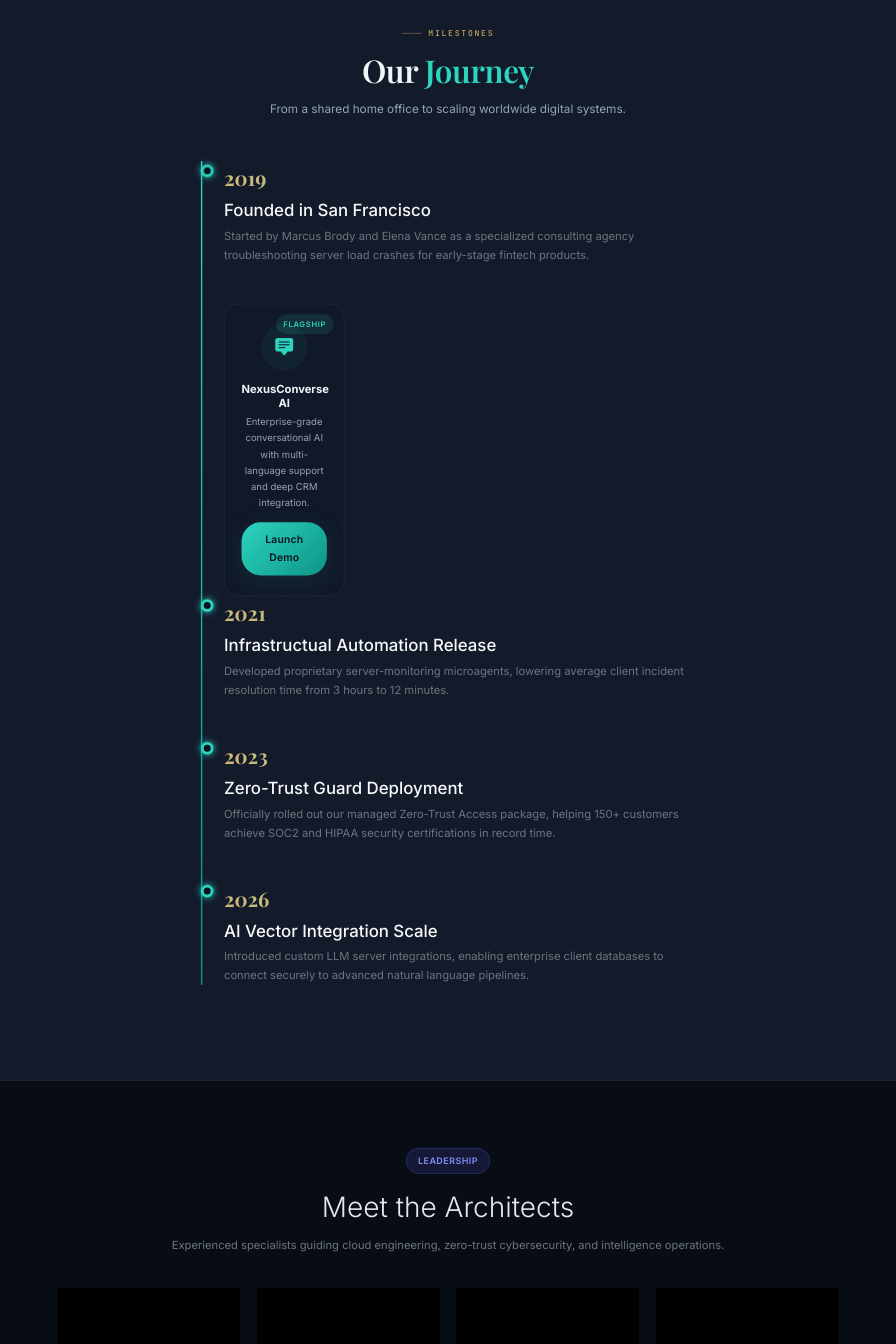
Repository: ruzni-dev/project-showcase
Page: pages/52-IT-Solutions-Website/pages/about.html
The author's editor kept a copy of each file at every save. The page is drawn from the files as they stood at one save, then again after the next save.
The browser window is 1280 px wide. The pictures show the part of the page from y = 810 to 2730 px (the page is 3636 px tall before and 3655 px after), at 70% of full size.
Some web fonts or font styles are not loaded; a fallback is used.

Above is the page before, as saved 2026-05-24 22:11:31.

### pages/52-IT-Solutions-Website/pages/about.html
<!DOCTYPE html>
<html lang="en">
<head>
    <meta charset="UTF-8">
    <meta name="viewport" content="width=device-width, initial-scale=1.0">
    <title>NexusForge AI — Premium IT Solutions & Intelligent Automation</title>
    <link rel="icon" type="image/svg+xml" href="../assets/images/favicon.svg">
    <link rel="apple-touch-icon" href="../assets/images/favicon.svg">

    <!-- Bootstrap 5.3 CSS -->
    <link href="https://cdn.jsdelivr.net/npm/bootstrap@5.3.2/dist/css/bootstrap.min.css" rel="stylesheet">
    <!-- Bootstrap Icons -->
    <link href="https://cdn.jsdelivr.net/npm/bootstrap-icons@1.11.3/font/bootstrap-icons.css" rel="stylesheet">
    <!-- Google Fonts: Premium Typography -->
    <link href="https://fonts.googleapis.com/css2?family=Inter:wght@300;400;500;600;700;800;900&family=Playfair+Display:ital,wght@0,500;0,600;0,700;1,500&family=JetBrains+Mono:wght@400;500;600&display=swap" rel="stylesheet">
    <!-- AOS Animation -->
    <link href="https://unpkg.com/aos@2.3.1/dist/aos.css" rel="stylesheet">
    <!-- Custom Theme CSS -->
    <link href="../assets/css/style.css" rel="stylesheet">
</head>
<body>

    <!-- ==================== NAVBAR ==================== -->
    <nav class="navbar navbar-expand-lg fixed-top" id="mainNav">
        <div class="container">
            <a class="navbar-brand" href="../index.html">
                <div class="brand-mark"><i class="bi bi-cpu-fill"></i></div>
                <span>NexusForge AI</span>
            </a>
            <button class="navbar-toggler" type="button" data-bs-toggle="collapse" data-bs-target="#navContent">
                <span class="navbar-toggler-icon"></span>
            </button>
            <div class="collapse navbar-collapse" id="navContent">
                <ul class="navbar-nav mx-auto mb-2 mb-lg-0 gap-1">
                    <li class="nav-item"><a class="nav-link" href="../index.html" data-page="home">Home</a></li>
                    <li class="nav-item"><a class="nav-link active" href="about.html#about" data-page="about">About</a></li>
                    <li class="nav-item"><a class="nav-link" href="services.html" data-page="services">Services</a></li>
                    <li class="nav-item"><a class="nav-link" href="portfolio.html" data-page="portfolio">Portfolio</a></li>
                    <li class="nav-item"><a class="nav-link" href="ai-solutions.html" data-page="ai-solutions">AI Solutions</a></li>
                    <li class="nav-item"><a class="nav-link" href="contact.html" data-page="contact">Contact</a></li>
                </ul>
                <a href="#contact" class="btn-nav">Start a Project <i class="bi bi-arrow-right ms-1"></i></a>
            </div>
        </div>
    </nav>

    <!-- ==================== PAGE 2: ABOUT ==================== -->
    <section class="page-section dark-page" id="about">
        <div class="container">
            <div class="row align-items-center g-5">
                <div class="col-lg-5" data-aos="fade-right" data-aos-duration="900">
                    <span class="section-eyebrow">Our Story</span>
                    <h2 class="section-title">A decade of <span class="accent">excellence</span> in technology consulting</h2>
                    <p class="section-subtitle">
                        Founded in 2014 by a team of MIT and Stanford engineers, NexusForge AI has grown from a boutique consultancy into a global technology partner. We combine deep technical expertise with strategic vision to solve the most complex challenges.
                    </p>
                    <div class="d-flex gap-4 mt-4 flex-wrap">
                        <div><strong style="font-size:1.6rem;color:#f1f5f9;">280+</strong><br><small style="color:var(--slate-500);">Engineers & Data Scientists</small></div>
                        <div><strong style="font-size:1.6rem;color:#f1f5f9;">12</strong><br><small style="color:var(--slate-500);">Global Offices</small></div>
                        <div><strong style="font-size:1.6rem;color:#f1f5f9;">40+</strong><br><small style="color:var(--slate-500);">Countries Served</small></div>
                    </div>
                </div>
                <div class="col-lg-7" data-aos="fade-left" data-aos-duration="1000">
                    <div class="row g-3">
                        <div class="col-6">
                            <div style="background:var(--bg-card);border:1px solid var(--border-subtle);border-radius:var(--radius-md);padding:20px;text-align:center;">
                                <i class="bi bi-trophy-fill" style="font-size:2rem;color:var(--gold);"></i>
                                <h6 class="mt-2" style="color:#f1f5f9;">Forbes Tech Council</h6>
                                <small style="color:var(--slate-500);">Member since 2019</small>
                            </div>
                        </div>
                        <div class="col-6">
                            <div style="background:var(--bg-card);border:1px solid var(--border-subtle);border-radius:var(--radius-md);padding:20px;text-align:center;">
                                <i class="bi bi-shield-check-fill" style="font-size:2rem;color:var(--teal);"></i>
                                <h6 class="mt-2" style="color:#f1f5f9;">ISO 27001 Certified</h6>
                                <small style="color:var(--slate-500);">Security Excellence</small>
                            </div>
                        </div>
                        <div class="col-6">
                            <div style="background:var(--bg-card);border:1px solid var(--border-subtle);border-radius:var(--radius-md);padding:20px;text-align:center;">
                                <i class="bi bi-award-fill" style="font-size:2rem;color:var(--gold-light);"></i>
                                <h6 class="mt-2" style="color:#f1f5f9;">Gartner Recognized</h6>
                                <small style="color:var(--slate-500);">AI Consultancy Leader</small>
                            </div>
                        </div>
                        <div class="col-6">
                            <div style="background:var(--bg-card);border:1px solid var(--border-subtle);border-radius:var(--radius-md);padding:20px;text-align:center;">
                                <i class="bi bi-globe2" style="font-size:2rem;color:var(--teal);"></i>
                                <h6 class="mt-2" style="color:#f1f5f9;">Global Delivery</h6>
                                <small style="color:var(--slate-500);">24/7 Operations</small>
                            </div>
                        </div>
                    </div>
                </div>
            </div>
        </div>
    </section>

    <!-- Company History Timeline -->
    <section class="page-section elevated-page" id="about">
        <div class="container" id="history">
            <div class="section-header-centered" data-aos="fade-up">
                <span class="section-eyebrow">Milestones</span>
                <h2 class="section-title">Our <span class="accent-teal">Journey</span></h2>
                <p class="section-subtitle">From a shared home office to scaling worldwide digital systems.</p>
            </div>
            <div class="row justify-content-center mt-5">
                <div class="col-lg-8">
                    <div class="timeline">
                        <div class="timeline-item" data-aos="zoom-in" data-aos-delay="0">
                            <div class="timeline-dot"></div>
                            <div class="timeline-year">2019</div>
                            <h4 class="text-light">Founded in San Francisco</h4>
                            <p class="text-secondary">
                                Started by Marcus Brody and Elena Vance as a specialized consulting agency troubleshooting server load crashes for early-stage fintech products.
                            </p>
                        </div>
                        <div class="col-md-6 col-lg-3" >
                            <div class="ai-tool-card-premium">
                                <span class="tool-badge">Flagship</span>
                                <div class="ai-tool-icon"><i class="bi bi-chat-square-text-fill"></i></div>
                                <h5>NexusConverse AI</h5>
                                <p>Enterprise-grade conversational AI with multi-language support and deep CRM integration.</p>
                                <button class="btn-teal btn-sm mt-3" onclick="openChatDemo()">Launch Demo</button>
                            </div>
                        </div>

                        <div class="timeline-item">
                            <div class="timeline-dot"></div>
                            <div class="timeline-year">2021</div>
                            <h4 class="text-light">Infrastructual Automation Release</h4>
                            <p class="text-secondary">
                                Developed proprietary server-monitoring microagents, lowering average client incident resolution time from 3 hours to 12 minutes.
                            </p>
                        </div>

                        <div class="timeline-item">
                            <div class="timeline-dot"></div>
                            <div class="timeline-year">2023</div>
                            <h4 class="text-light">Zero-Trust Guard Deployment</h4>
                            <p class="text-secondary">
                                Officially rolled out our managed Zero-Trust Access package, helping 150+ customers achieve SOC2 and HIPAA security certifications in record time.
                            </p>
                        </div>

                        <div class="timeline-item">
                            <div class="timeline-dot"></div>
                            <div class="timeline-year">2026</div>
                            <h4 class="text-light">AI Vector Integration Scale</h4>
                            <p class="text-secondary">
                                Introduced custom LLM server integrations, enabling enterprise client databases to connect securely to advanced natural language pipelines.
                            </p>
                        </div>

                    </div>
                </div>
            </div>
        </div>
    </section>

    <!-- Team Grid Section -->
    <section class="py-5 my-5" id="team">
        <div class="container">
            <div class="section-header text-center max-width-600 mx-auto">
                <div class="tech-badge">Leadership</div>
                <h2 class="display-6">Meet the <span class="gradient-text">Architects</span></h2>
                <p class="text-secondary mt-3">Experienced specialists guiding cloud engineering, zero-trust cybersecurity, and intelligence operations.</p>
            </div>
            <div class="row g-4 mt-4">
                <!-- Member 1 -->
                <div class="col-xl-3 col-md-6">
                    <div class="team-card h-100">
                        <div class="team-img-wrapper text-center bg-black bg-opacity-30 d-flex align-items-center justify-content-center py-5">
                            <!-- Inline Premium Avatar Icon Graphic -->
                            <i class="bi bi-person-fill-gear text-info" style="font-size: 8rem;"></i>
                            <div class="team-socials">
                                <a href="#" class="team-social-link"><i class="bi bi-linkedin"></i></a>
                                <a href="#" class="team-social-link"><i class="bi bi-github"></i></a>
                                <a href="#" class="team-social-link"><i class="bi bi-twitter-x"></i></a>
                            </div>
                        </div>
                        <div class="p-4 text-center">
                            <h5 class="mb-1 text-light">Marcus Brody</h5>
                            <p class="text-info small mb-3">Co-Founder & CTO</p>
                            <p class="text-secondary small mb-0">Former staff systems architect at Stripe. Specializes in microservices, cloud recovery, and high-load databases.</p>
                        </div>
                    </div>
                </div>

                <!-- Member 2 -->
                <div class="col-xl-3 col-md-6">
                    <div class="team-card h-100">
                        <div class="team-img-wrapper text-center bg-black bg-opacity-30 d-flex align-items-center justify-content-center py-5">
                            <i class="bi bi-person-fill-up text-info" style="font-size: 8rem;"></i>
                            <div class="team-socials">
                                <a href="#" class="team-social-link"><i class="bi bi-linkedin"></i></a>
                                <a href="#" class="team-social-link"><i class="bi bi-twitter-x"></i></a>
                            </div>
                        </div>
                        <div class="p-4 text-center">
                            <h5 class="mb-1 text-light">Elena Vance</h5>
                            <p class="text-info small mb-3">Co-Founder & VP Product</p>
                            <p class="text-secondary small mb-0">Managed cloud infrastructure pipelines at AWS. Passionate about automating systems monitoring and client metrics.</p>
                        </div>
                    </div>
                </div>

                <!-- Member 3 -->
                <div class="col-xl-3 col-md-6">
                <div class="team-card h-100">
                    <div class="team-img-wrapper text-center bg-black bg-opacity-30 d-flex align-items-center justify-content-center py-5">
                    <i class="bi bi-person-fill-lock text-info" style="font-size: 8rem;"></i>
                    <div class="team-socials">
                        <a href="#" class="team-social-link"><i class="bi bi-linkedin"></i></a>
                        <a href="#" class="team-social-link"><i class="bi bi-github"></i></a>
                    </div>
                    </div>
                    <div class="p-4 text-center">
                    <h5 class="mb-1 text-light">Sarah Connor</h5>
                    <p class="text-info small mb-3">Director of Cyber Security</p>
                    <p class="text-secondary small mb-0">Ethical hacker with 10+ years auditing federal networks. Architect of NexusTech's Zero-Trust guard protocol.</p>
                    </div>
                </div>
                </div>

                <!-- Member 4 -->
                <div class="col-xl-3 col-md-6">
                <div class="team-card h-100">
                    <div class="team-img-wrapper text-center bg-black bg-opacity-30 d-flex align-items-center justify-content-center py-5">
                    <i class="bi bi-person-fill-check text-info" style="font-size: 8rem;"></i>
                    <div class="team-socials">
                        <a href="#" class="team-social-link"><i class="bi bi-linkedin"></i></a>
                        <a href="#" class="team-social-link"><i class="bi bi-github"></i></a>
                    </div>
                    </div>
                    <div class="p-4 text-center">
                    <h5 class="mb-1 text-light">Dr. Aris Thorne</h5>
                    <p class="text-info small mb-3">Lead AI Architect</p>
                    <p class="text-secondary small mb-0">PhD in Distributed Machine Learning. Specializes in LLM integrations, semantic searches, and vector database clustering.</p>
                    </div>
                </div>
                </div>

            </div>
        </div>
    </section>

    <!-- ==================== FOOTER ==================== -->
    <footer class="footer-premium">
        <div class="container">
            <div class="row g-4">
                <div class="col-lg-4 mb-3">
                    <a class="footer-brand" href="#home">NexusForge AI</a>
                    <p style="color:var(--slate-500);font-size:0.88rem;margin-top:8px;">Engineering the intelligent enterprise. Trusted by 500+ global clients since 2014.</p>
                </div>
                <div class="col-6 col-md-3 col-lg-2">
                    <h6 style="color:#f1f5f9;font-size:0.8rem;text-transform:uppercase;letter-spacing:1px;margin-bottom:14px;">Services</h6>
                    <ul class="footer-links">
                        <li><a href="#">Cloud Architecture</a></li>
                        <li><a href="#">Cybersecurity</a></li>
                        <li><a href="#">AI & ML</a></li>
                        <li><a href="#">DevOps</a></li>
                    </ul>
                </div>
                <div class="col-6 col-md-3 col-lg-2">
                    <h6 style="color:#f1f5f9;font-size:0.8rem;text-transform:uppercase;letter-spacing:1px;margin-bottom:14px;">Company</h6>
                    <ul class="footer-links">
                        <li><a href="#about">About</a></li>
                        <li><a href="#">Careers</a></li>
                        <li><a href="#">Insights</a></li>
                        <li><a href="#">Partners</a></li>
                    </ul>
                </div>
                <div class="col-6 col-md-3 col-lg-2">
                    <h6 style="color:#f1f5f9;font-size:0.8rem;text-transform:uppercase;letter-spacing:1px;margin-bottom:14px;">Resources</h6>
                    <ul class="footer-links">
                        <li><a href="#">Documentation</a></li>
                        <li><a href="#">API Reference</a></li>
                        <li><a href="#">Whitepapers</a></li>
                        <li><a href="#">Status</a></li>
                    </ul>
                </div>
                <div class="col-6 col-md-3 col-lg-2">
                    <h6 style="color:#f1f5f9;font-size:0.8rem;text-transform:uppercase;letter-spacing:1px;margin-bottom:14px;">Legal</h6>
                    <ul class="footer-links">
                        <li><a href="#">Privacy</a></li>
                        <li><a href="#">Terms</a></li>
                        <li><a href="#">Cookies</a></li>
                    </ul>
                </div>
            </div>
            <hr style="border-color:rgba(255,255,255,0.05);margin:30px 0 20px;">
            <div class="text-center" style="color:var(--slate-600);font-size:0.8rem;">
                &copy; 2026 NexusForge AI. All rights reserved. Crafted with precision.
            </div>
        </div>
    </footer>

    <!-- ==================== AI CHAT WIDGET ==================== -->
    <div class="ai-chat-fab" id="aiChatFab">
        <div class="chat-panel" id="chatPanel">
            <div class="chat-panel-header">
                <span class="online-dot"></span>
                <strong>Nexus AI Assistant</strong>
                <small style="opacity:0.6;margin-left:auto;font-size:0.7rem;">GPT-4o</small>
                <button style="background:none;border:none;color:#fff;cursor:pointer;font-size:1.1rem;margin-left:8px;" onclick="toggleChatPanel()"><i class="bi bi-x-lg"></i></button>
            </div>
            <div class="chat-messages" id="chatMessages">
                <div class="chat-msg bot">
                    👋 Welcome to NexusForge AI. I'm your dedicated assistant. How may I help you today? You can ask about our services, case studies, or request a consultation.
                </div>
            </div>
            <div class="chat-input-row">
                <input type="text" id="chatInputField" placeholder="Type your message..." onkeypress="if(event.key==='Enter')sendPremiumChat()">
                <button onclick="sendPremiumChat()"><i class="bi bi-send-fill"></i></button>
            </div>
        </div>
        <button class="chat-fab-btn" onclick="toggleChatPanel()" id="chatFabBtn">
            <i class="bi bi-robot"></i>
            <span class="pulse-ring"></span>
        </button>
    </div>

    <!-- ==================== SCRIPTS ==================== -->
    <script src="https://cdn.jsdelivr.net/npm/bootstrap@5.3.2/dist/js/bootstrap.bundle.min.js"></script>
    <script src="https://unpkg.com/aos@2.3.1/dist/aos.js"></script>
    <script src="../assets/js/script.js"></script>
</body>
</html>

Loaded but not shown: pages/52-IT-Solutions-Website/assets/js/script.js (231 lines, source omitted); pages/52-IT-Solutions-Website/assets/css/style.css (1195 lines, source omitted)

After the next save:
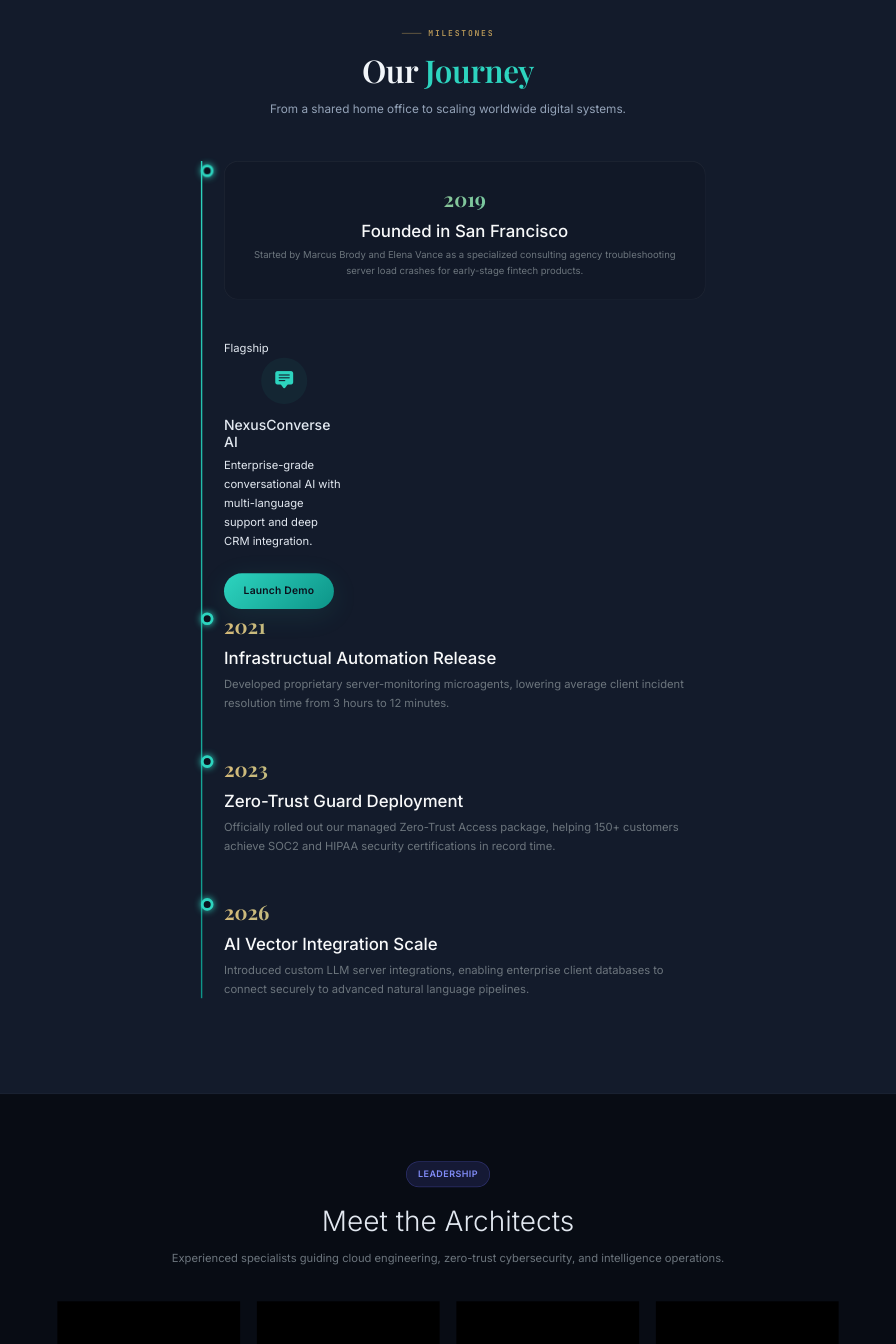
Saved 67 s later.
--- a/pages/52-IT-Solutions-Website/pages/about.html
+++ b/pages/52-IT-Solutions-Website/pages/about.html
@@ -109,14 +109,16 @@
                     <div class="timeline">
                         <div class="timeline-item" data-aos="zoom-in" data-aos-delay="0">
                             <div class="timeline-dot"></div>
-                            <div class="timeline-year">2019</div>
-                            <h4 class="text-light">Founded in San Francisco</h4>
-                            <p class="text-secondary">
-                                Started by Marcus Brody and Elena Vance as a specialized consulting agency troubleshooting server load crashes for early-stage fintech products.
-                            </p>
+                            <div class="ai-tool-card-premium">
+                                <div class="timeline-year">2019</div>
+                                <h4 class="text-light">Founded in San Francisco</h4>
+                                <p class="text-secondary">
+                                    Started by Marcus Brody and Elena Vance as a specialized consulting agency troubleshooting server load crashes for early-stage fintech products.
+                                </p>
+                            </div>
                         </div>
                         <div class="col-md-6 col-lg-3" >
-                            <div class="ai-tool-card-premium">
+                            <div >
                                 <span class="tool-badge">Flagship</span>
                                 <div class="ai-tool-icon"><i class="bi bi-chat-square-text-fill"></i></div>
                                 <h5>NexusConverse AI</h5>
